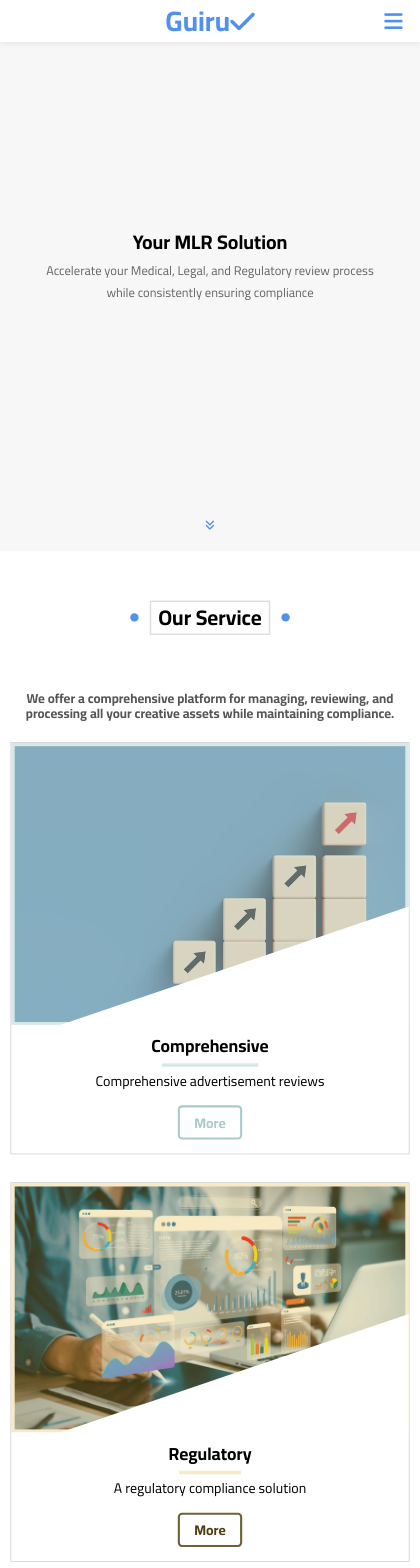
Repository: AsmaaAlothman/Templet-1-website
Page: home.html
The author's editor kept a copy of each file at every save. The page is drawn from the files as they stood at one save, then again after the next save.
The browser window is 600 px wide. The pictures show the part of the page from y = 0 to 2240 px (the page is 5200 px tall before and 5410 px after), at 70% of full size.

Above is the page before, as saved 2024-08-31 23:47:36.

After the next save:
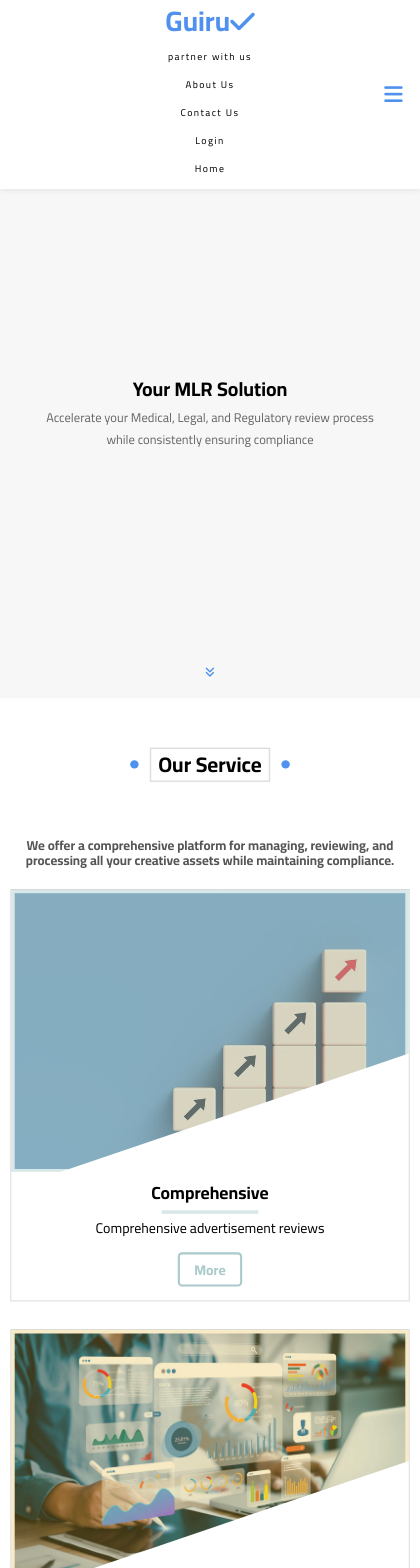
Saved 36 s later.
--- a/css/home.css
+++ b/css/home.css
@@ -266,9 +266,9 @@ img {
         position: absolute;
         margin-right: 20px;
     }
-    .header .main_nav {
+    /* .header .main_nav {
         display: none;
-    }
+    } */
     .header .container {
         display: flex;
         margin-right: 0;
